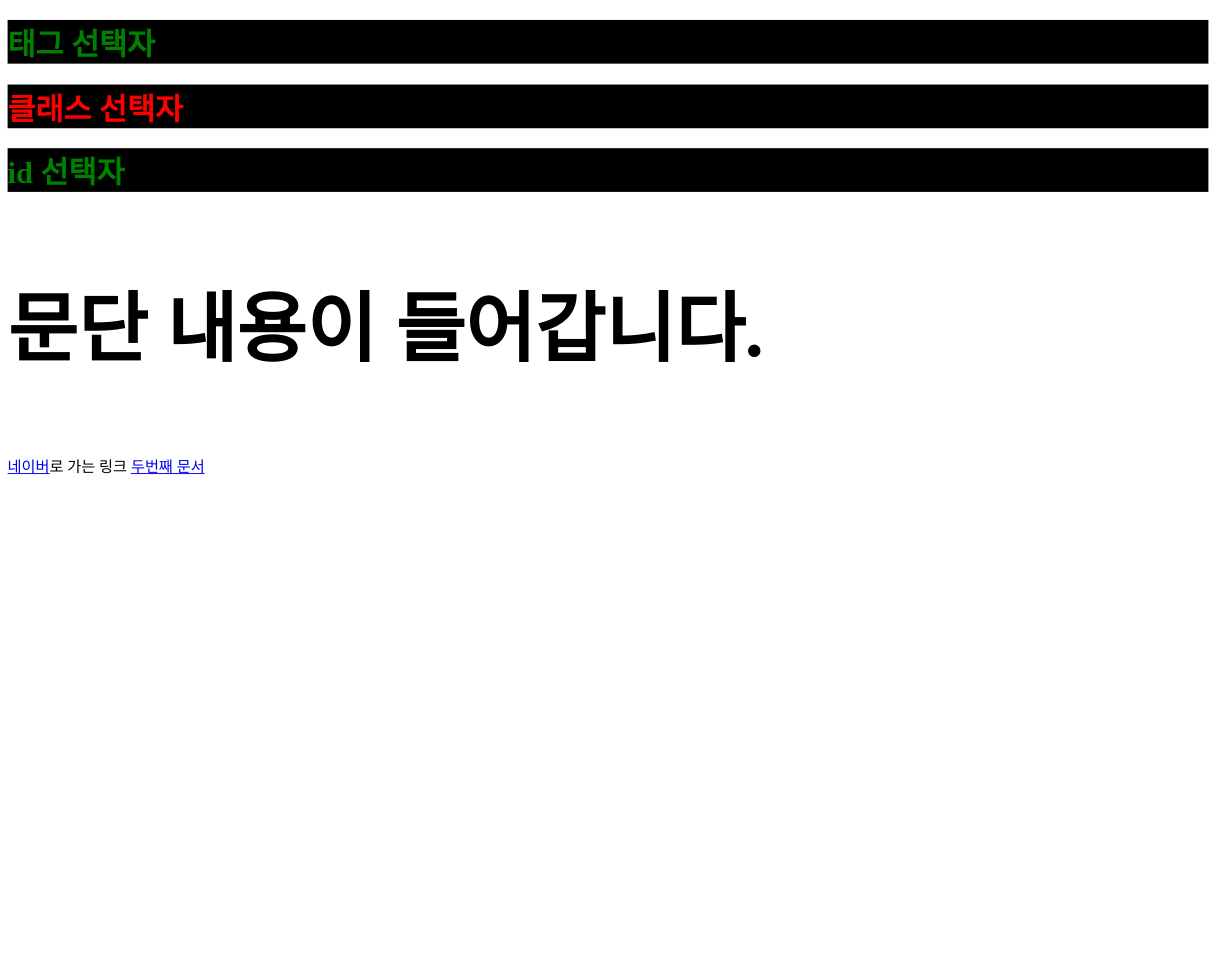
Repository: hyeyeonjung/YONI
Page: test.html
The author's editor kept a record of every edit. The page is drawn from the files as they stood at one moment, then again after the next edit.
The browser window is 1280 px wide. The pictures show the whole page, at 95% of full size.

Above is the page before.

After the next edit:
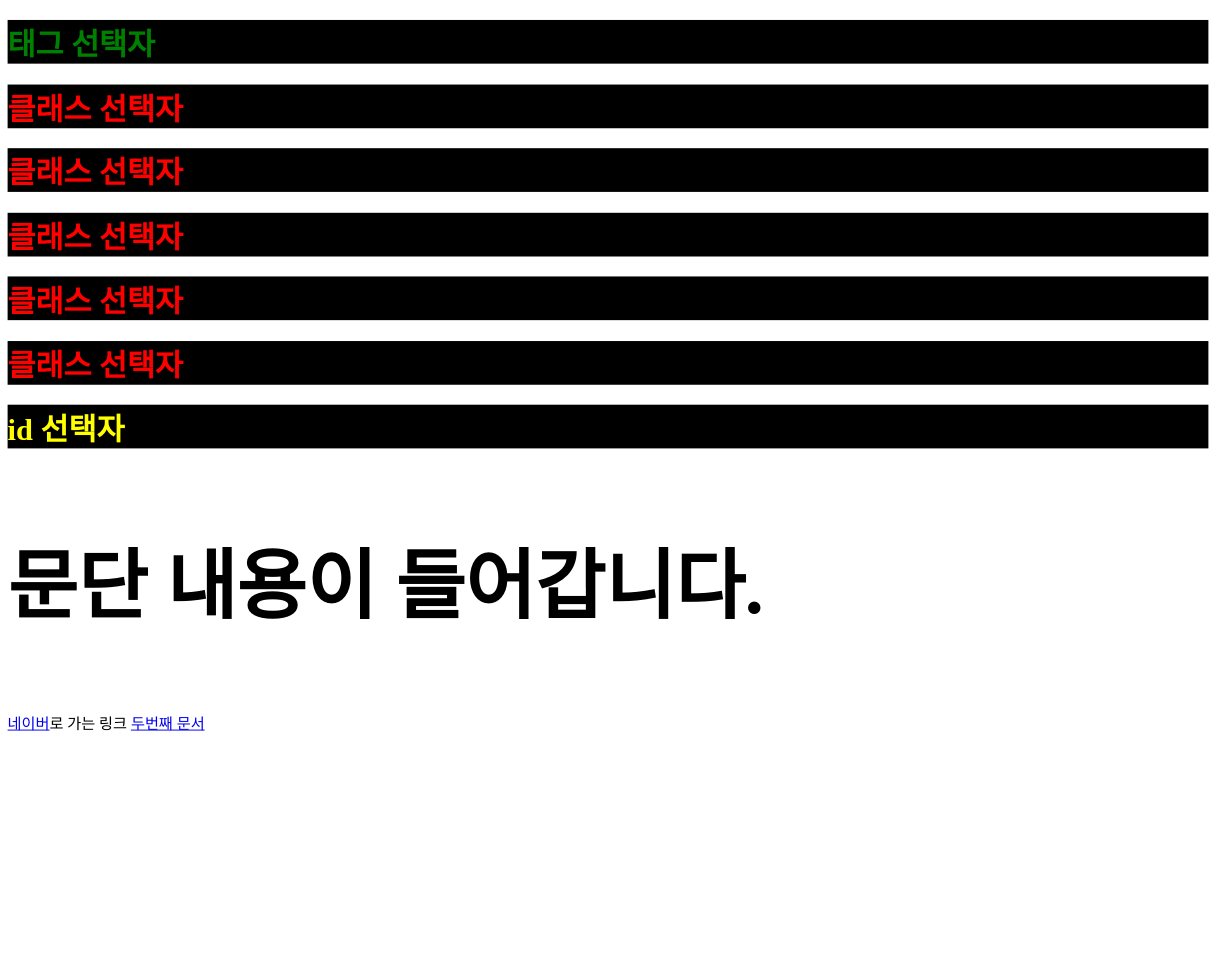
The edit:
--- a/test.html
+++ b/test.html
@@ -11,7 +11,11 @@
 <body>
     <h1>태그 선택자</h1>
     <h1 class="red-color">클래스 선택자</h1>
-    <h1>id 선택자</h1>
+    <h1 class="red-color">클래스 선택자</h1>
+    <h1 class="red-color">클래스 선택자</h1>
+    <h1 class="red-color">클래스 선택자</h1>
+    <h1 class="red-color">클래스 선택자</h1>
+    <h1 id="myid" class="red-color">id 선택자</h1>
     <p>문단 내용이 들어갑니다. </p>
     <!--<form action="" method="get">-->
     <!--    <input type="text" name="like">-->
